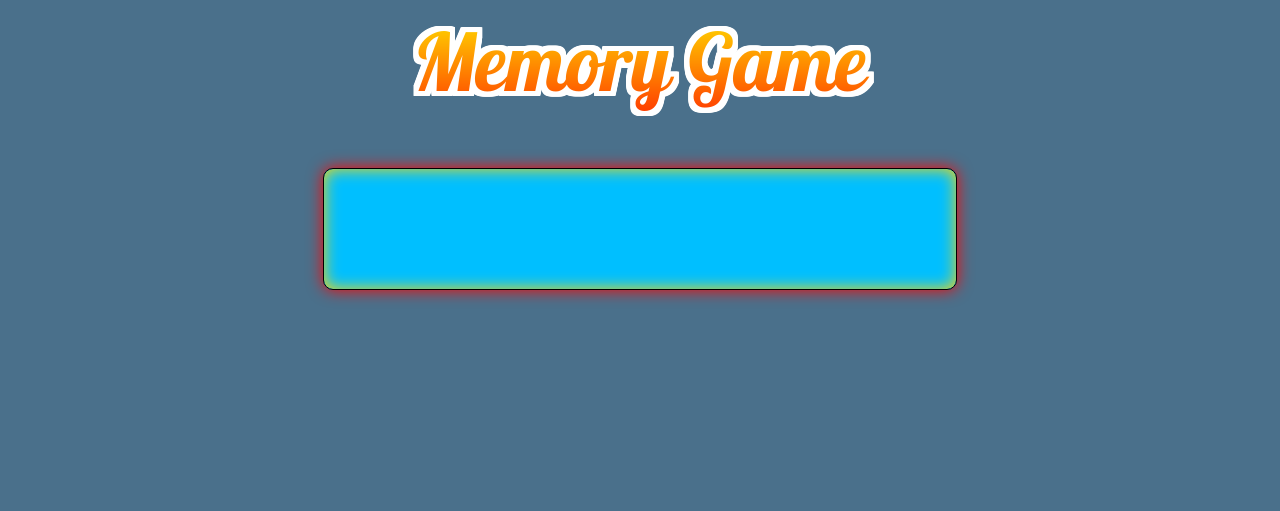
Repository: jn222rv/1dv403-laborationer
Page: 3-gameon/memory/index.html
The author's editor kept a record of every edit. The page is drawn from the files as they stood at one moment, then again after the next edit.
The browser window is 1280 px wide. The pictures show the whole page.
Pictures or frames that could not be fetched are drawn as grey boxes.

Above is the page before.
Console error: SyntaxError: Unexpected token '}'

After the next edit:
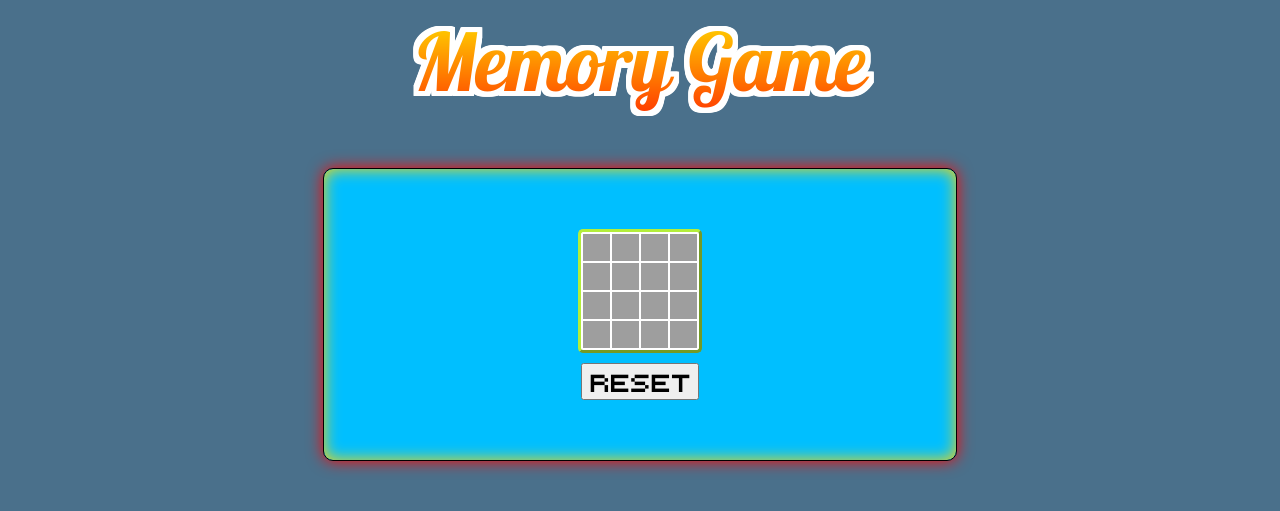
The error is gone.
The edit:
--- a/3-gameon/memory/script/memory.js
+++ b/3-gameon/memory/script/memory.js
@@ -97,7 +97,10 @@
     checkForComplete: function(node){
         for(var i = 0; i < MemoryGame.completePairs.length;i++)
         {
-            if(array[i].getAttribute("src")===MemoryGame.completePairs[i])
+            if(node.getAttribute("src")===MemoryGame.completePairs[i])
+            {
+
+            }
         }
     },
 
